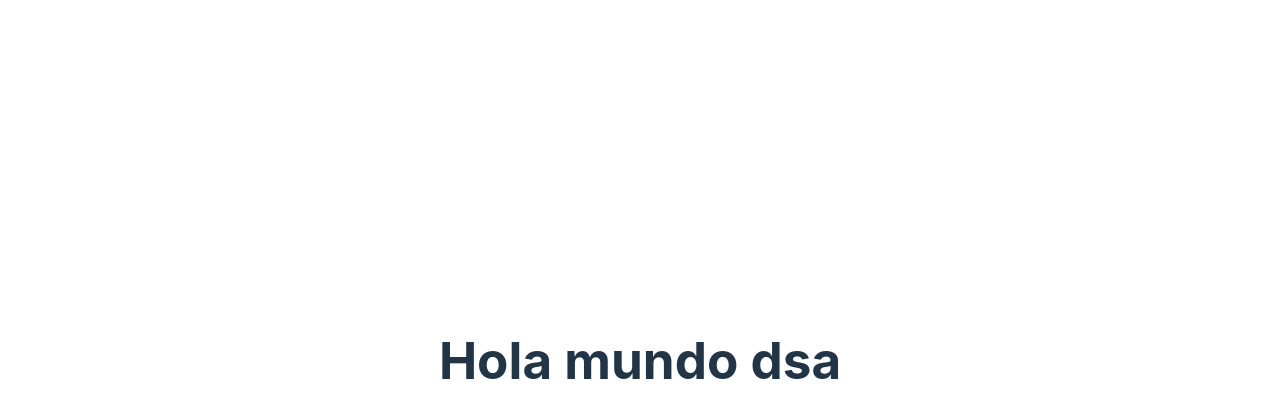
Repository: drsamame/todo-typescript
Page: /
The author's editor kept a copy of each file at every save. The page is drawn from the files as they stood at one save, then again after the next save.
The browser window is 1280 px wide. The pictures show the whole page.
The project was rebuilt for these pictures with package versions that can differ from the ones it lists, and the page was loaded fresh each time. Also part of the build but not shown: vite.config.ts.

Above is the page before, as saved 2024-02-24 15:35:17.

After the next save:
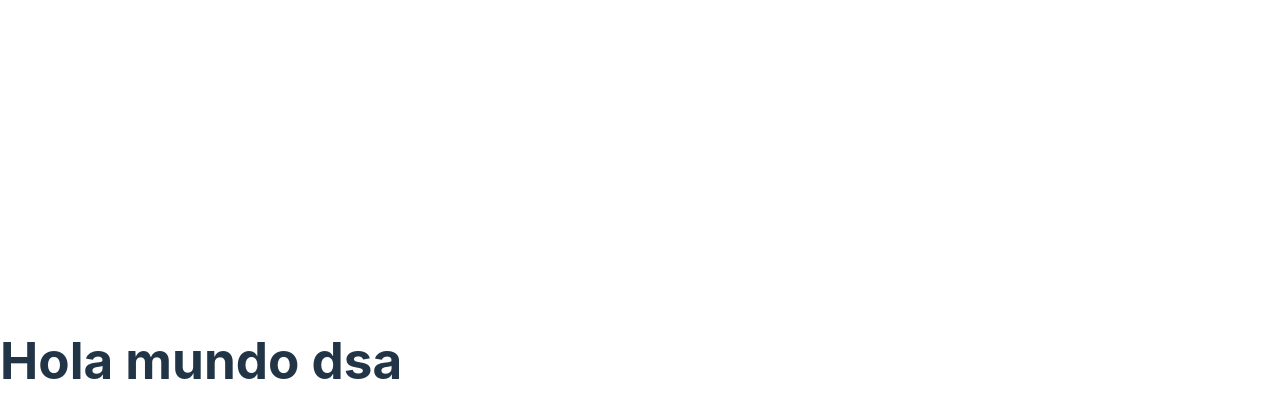
Saved 78 s later.
--- a/src/App.tsx
+++ b/src/App.tsx
@@ -1,5 +1,3 @@
-import './App.css'
-
 function App() {
   return (
     <>
